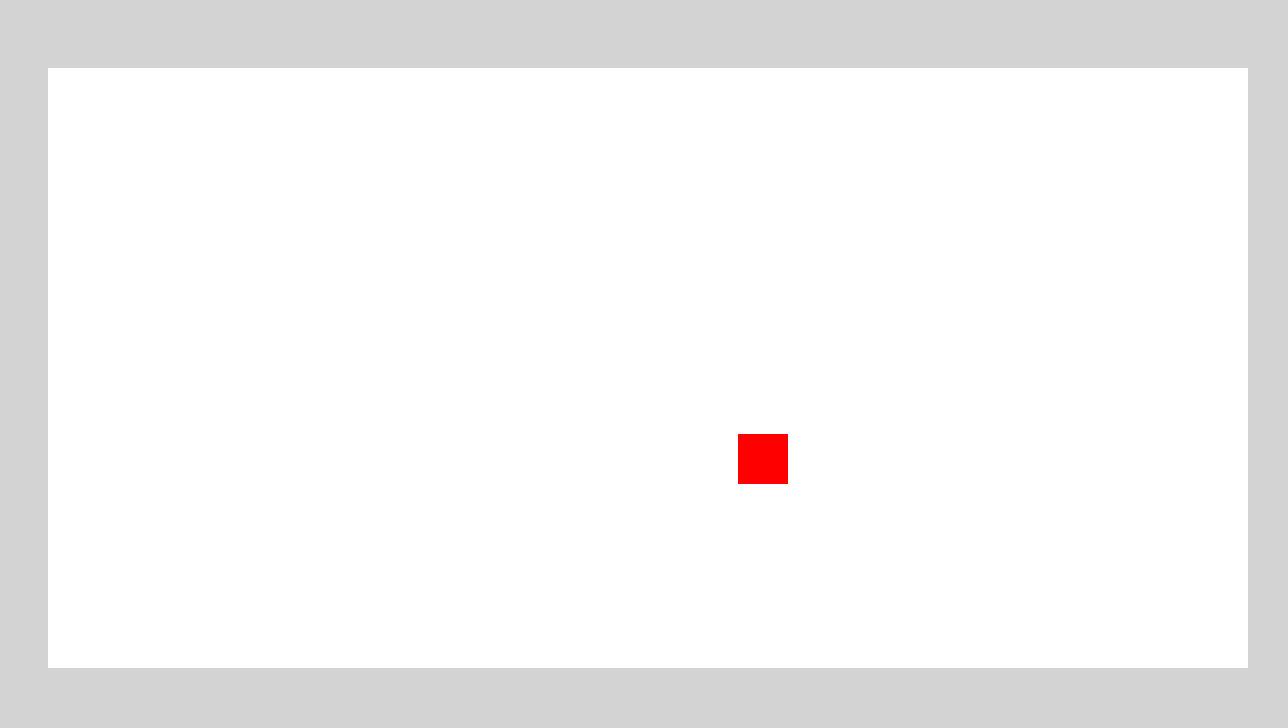
Repository: fbansept/ran3_24_jeu
Page: index.html
An editor plug-in stored every save of this project. The page is shown before and after the next save, followed by the edit.
The browser window is 1280 px wide. The page is 1288 px wide, so the pictures cover 1288 px, including what lies to the right of the window. The pictures show the whole page.

Above is the page before, as saved 2024-11-04 09:38:42.

After the next save:
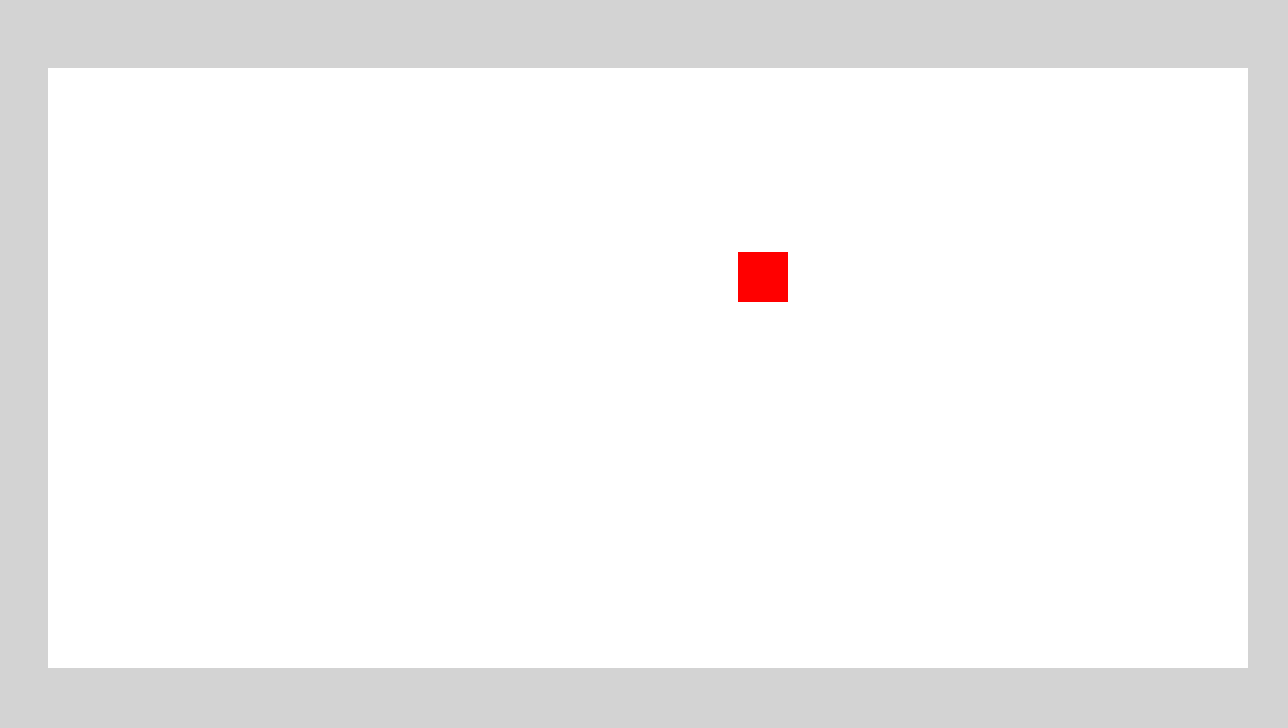
Saved 31 s later.
--- a/script.js
+++ b/script.js
@@ -3,7 +3,7 @@ function frame() {
   positionYjoueur += vitesseY;
 
   joueur.style.left = positionXjoueur + "px";
-  joueur.style.bottom = positionYjoueur + "px";
+  joueur.style.top = positionYjoueur + "px";
 
   if (positionXjoueur >= 1150 || positionXjoueur <= 0) {
     vitesseX = -vitesseX;
